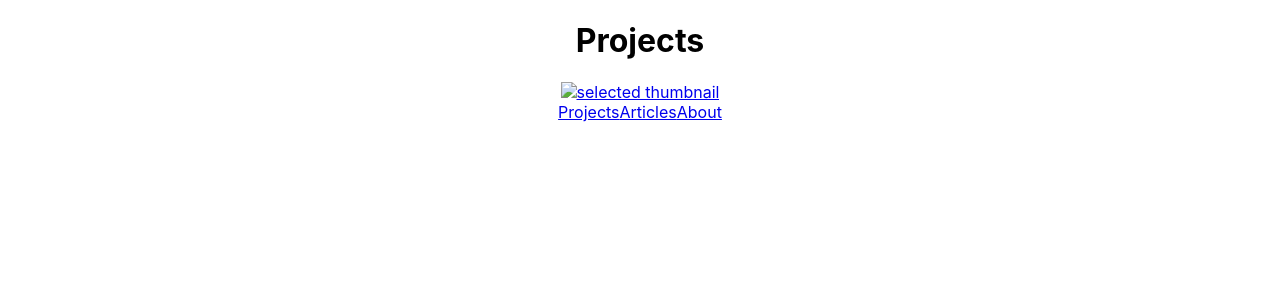
Repository: zeidalidiez/portfolioreact
Page: /Projects
An editor plug-in stored every save of this project. The page is shown before and after the next save, followed by the edit.
The browser window is 1280 px wide. The pictures show the whole page.
The project was rebuilt for these pictures with package versions that can differ from the ones it lists, and the page was loaded fresh each time. Also part of the build but not shown: src/components/Articles.js, src/components/About.js.

Above is the page before, as saved 2021-02-06 20:37:28.

After the next save:
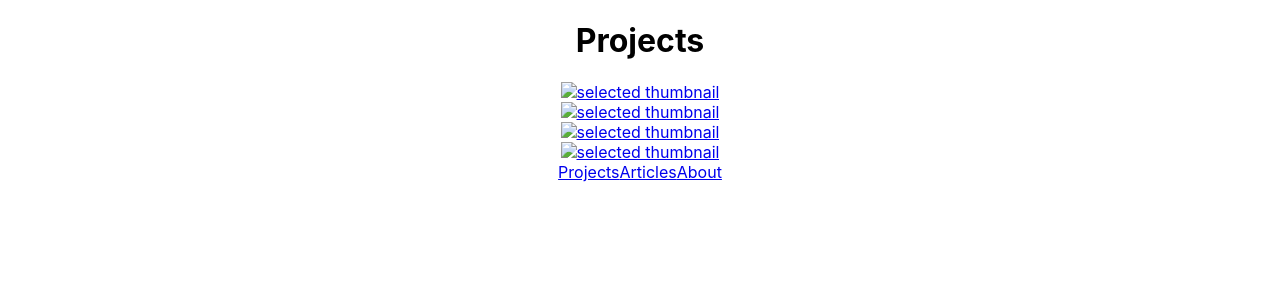
Saved 3 min 1 s later.
--- a/src/components/Projects.js
+++ b/src/components/Projects.js
@@ -13,6 +13,24 @@ function Projects(props) {
         title=""
         category=""
       />
+      <Thumbnail
+        link=""
+        image=""
+        title=""
+        category=""
+      />
+      <Thumbnail
+        link=""
+        image=""
+        title=""
+        category=""
+      />
+      <Thumbnail
+        link=""
+        image=""
+        title=""
+        category=""
+      />
     </div>
   )
 }
